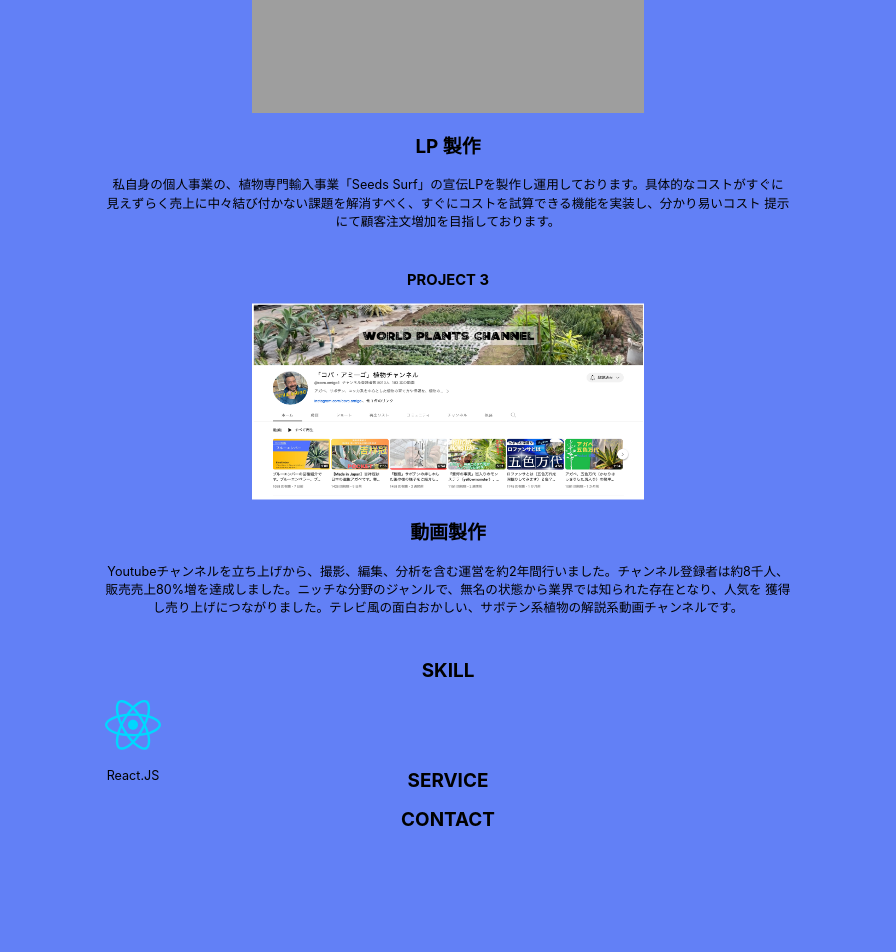
Repository: Seiya00002/my-portfolio-website2
Page: /
An editor plug-in stored every save of this project. The page is shown before and after the next save, followed by the edit.
The browser window is 1280 px wide. The pictures show the part of the page from y = 1341 to 3261 px (the page is 2701 px tall before and 3261 px after), at 70% of full size.
Pictures or frames that could not be fetched are drawn as grey boxes. The project was rebuilt for these pictures with package versions that can differ from the ones it lists, and the page was loaded fresh each time.

Above is the page before, as saved 2023-09-23 08:43:46.

### src/index.css
body {
  margin: 0;
  font-family: -apple-system, BlinkMacSystemFont, 'Segoe UI', 'Roboto', 'Oxygen',
    'Ubuntu', 'Cantarell', 'Fira Sans', 'Droid Sans', 'Helvetica Neue',
    sans-serif;
  -webkit-font-smoothing: antialiased;
  -moz-osx-font-smoothing: grayscale;
  background-color: rgb(98, 128, 246);
}

code {
  font-family: source-code-pro, Menlo, Monaco, Consolas, 'Courier New',
    monospace;
}

### src/App.tsx
import React from 'react';
import logo from './logo.svg';
import './App.css';
import Header from './Components/Header';
import Homepage from './Components/Homepage';
import Footer from './Components/Footer';

function App() {
  return (
    <div className="App">
      <Header />
      <Homepage />
      <Footer />
    </div>
  );
}

export default App;

### src/App.css
.App {
  text-align: center;
  font-size: 18px;
  height: 100vh;
  width: 100%;
}

.header {
  height: 90px;
  display: flex;
  justify-content: space-around;
  align-items: center;
  width: 100%;
  color: white;
  position: fixed;
  background-color: rgb(98, 128, 246);
  z-index: 10;
}

nav ul li {
  list-style: none;
  display: inline-block;
  margin-right: 30px;
}

nav ul li a {
  font-size: 19px;
  color: white;
  text-decoration: none;
  transition: all 0.2s;
}

nav ul li a:hover {
  color: rgb(36, 89, 250);
}

.container {
  padding: 150px;
}

#about-me {
  display: flex;
  width: 100%;
}

.about-me img {
  height: 300px;
  width: 300px;
}

.left-contents img {
  width: 560px;
  height: 280px;
}

.tech-icon {
  width: 80px;
  height: 80px;
}

.tech-icon img {
  width: 100%;
  height: 100%;

}

.footer {
  height: 90px;
  position: absolute;
  bottom: 0;
  width: 100%;
  justify-content: center;
  align-items: center;
}

### src/Components/Header.tsx
import React from 'react'

const Header = () => {
  return (
    <div className='header'>
        <h3>Portfolio Site</h3>
        <nav>
            <ul>
                <li>
                    <a href='#top'>HOME</a>
                </li>
                <li>
                    <a href='#portfolio'>PORTFOLIO</a>
                </li>
                <li>
                    <a href='#skill'>SKILL</a>
                </li>
                <li>
                    <a href='#service'>SERVICE</a>
                </li>
                <li>
                    <a href='#contact'>CONTACT</a>
                </li>
            </ul>
        </nav>
    </div>
  )
}

export default Header

### src/Components/Homepage.tsx
import React from 'react'

const Homepage = () => {
  return (
    <div className='container'>
        <h1>I'm a Web Application Developer</h1>
        <div className='about-me' id='about-me'>
            <img src='/image/m-drawing.jpg' alt='profile-image' />
            <div className='right-contents'>
                <h2>Amout me</h2>
                <p>エンジニアに転身を目指して個人開発をしております。主にHTML/CSS/Javascript/React を扱っています。
                これまでは店舗ビジネスや貿易業の起業、マーケティング関連の仕事に挑戦して参りましたが、ずっとIT事業への興味も捨て切れず
                転身を決意いたしました。
                趣味はサーフィンと、それを動画撮影・編集する事です。</p>
            </div>
        </div>

        <div id='portfolio'>
            <h2>PORTFOLIO</h2>
            <div className='project'>
                <div className='left-contents'>
                    <h3>PROJECT 1</h3>
                    <h2>メンバー制SNS アプリケーション開発</h2>
                    <p>「Seeds Surfers」観葉植物系Youtubeチャンネル「cova.amigo」視聴者様向けの、メンバー専用投稿サイトをフロント
                        からバックエンドまで全て製作しました。
                        観葉植物の育成方法などを配信するYoutuber:cova.amigoとその視聴者、そして視聴者同士でコミュニケーションを
                        深める事を目的とし、コミュニティー感を作りチャンネルの有料メンバーシップやオンラインサロン構築への足掛かりとする
                        計画のプロジェクトです。
                    </p>
                    <img src='/image/seeds-surfers-image.png'
                    alt='Seeds-Surfers-image'
                    />
                </div>
                <img src='' alt=''/>
            </div>
            <div className='project'>
                <div className='left-contents'>
                    <h3>PROJECT 2</h3>
                    <img src='/image/seeds-surf-lp-image.png'
                    alt='Seeds-Surf-lp-image'
                    />
                    <h2>LP 製作</h2>
                    <p>私自身の個人事業の、植物専門輸入事業「Seeds Surf」の宣伝LPを製作し運用しております。具体的なコストがすぐに
                        見えずらく売上に中々結び付かない課題を解消すべく、すぐにコストを試算できる機能を実装し、分かり易いコスト
                        提示にて顧客注文増加を目指しております。
                    </p>
                </div>
                <img src='' alt=''/>
            </div>
            <div className='project'>
                <div className='left-contents'>
                    <h3>PROJECT 3</h3>
                    <img src='/image/youtube-image.png'
                    alt='movie-project-image'
                    />
                    <h2>動画製作</h2>
                    <p>Youtubeチャンネルを立ち上げから、撮影、編集、分析を含む運営を約2年間行いました。チャンネル登録者は約8千人、
                        販売売上80%増を達成しました。ニッチな分野のジャンルで、無名の状態から業界では知られた存在となり、人気を
                        獲得し売り上げにつながりました。テレビ風の面白おかしい、サボテン系植物の解説系動画チャンネルです。
                    </p>
                </div>
                <img src='' alt=''/>
            </div>

        </div>

        <div id='skill'>
            <h2>SKILL</h2>
            <div className='tech-icon'>
                <img src='/image/react-icon.svg' />
                <p>React.JS</p>
            </div>
        </div>

        <div id='service'>
            <h2>SERVICE</h2>
            <div className='service-description'>
                <div className='service-box'></div>
                <div className='service-box'></div>
                <div className='service-box'></div>
                <div className='service-box'></div>
            </div>
        </div>
        <div id='contact'>
            <h2>CONTACT</h2>
        </div>
    </div>
  )
}

export default Homepage

### src/Components/Footer.tsx
import React from 'react'

const Footer = () => {
  return (
    <div className='footer'></div>
  )
}

export default Footer

Loaded but not shown: public/index.html (common file); src/index.tsx (common file); src/reportWebVitals.ts (common file)

After the next save:
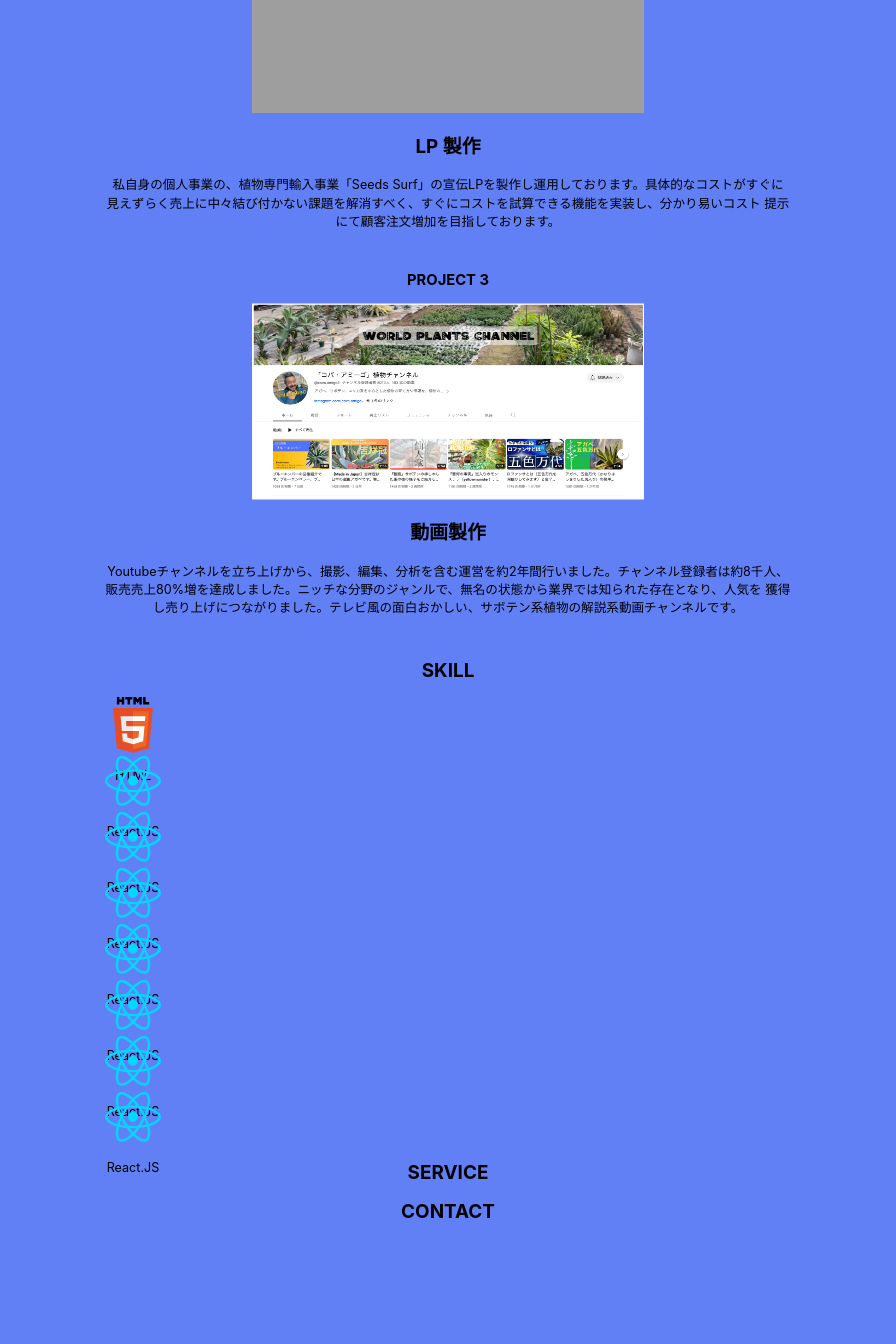
Saved 62 s later.
--- a/src/Components/Homepage.tsx
+++ b/src/Components/Homepage.tsx
@@ -67,6 +67,34 @@
         <div id='skill'>
             <h2>SKILL</h2>
             <div className='tech-icon'>
+                <img src='/image/html-5-icon.svg' />
+                <p>HTML</p>
+            </div>
+            <div className='tech-icon'>
+                <img src='/image/react-icon.svg' />
+                <p>React.JS</p>
+            </div>
+            <div className='tech-icon'>
+                <img src='/image/react-icon.svg' />
+                <p>React.JS</p>
+            </div>
+            <div className='tech-icon'>
+                <img src='/image/react-icon.svg' />
+                <p>React.JS</p>
+            </div>
+            <div className='tech-icon'>
+                <img src='/image/react-icon.svg' />
+                <p>React.JS</p>
+            </div>
+            <div className='tech-icon'>
+                <img src='/image/react-icon.svg' />
+                <p>React.JS</p>
+            </div>
+            <div className='tech-icon'>
+                <img src='/image/react-icon.svg' />
+                <p>React.JS</p>
+            </div>
+            <div className='tech-icon'>
                 <img src='/image/react-icon.svg' />
                 <p>React.JS</p>
             </div>
